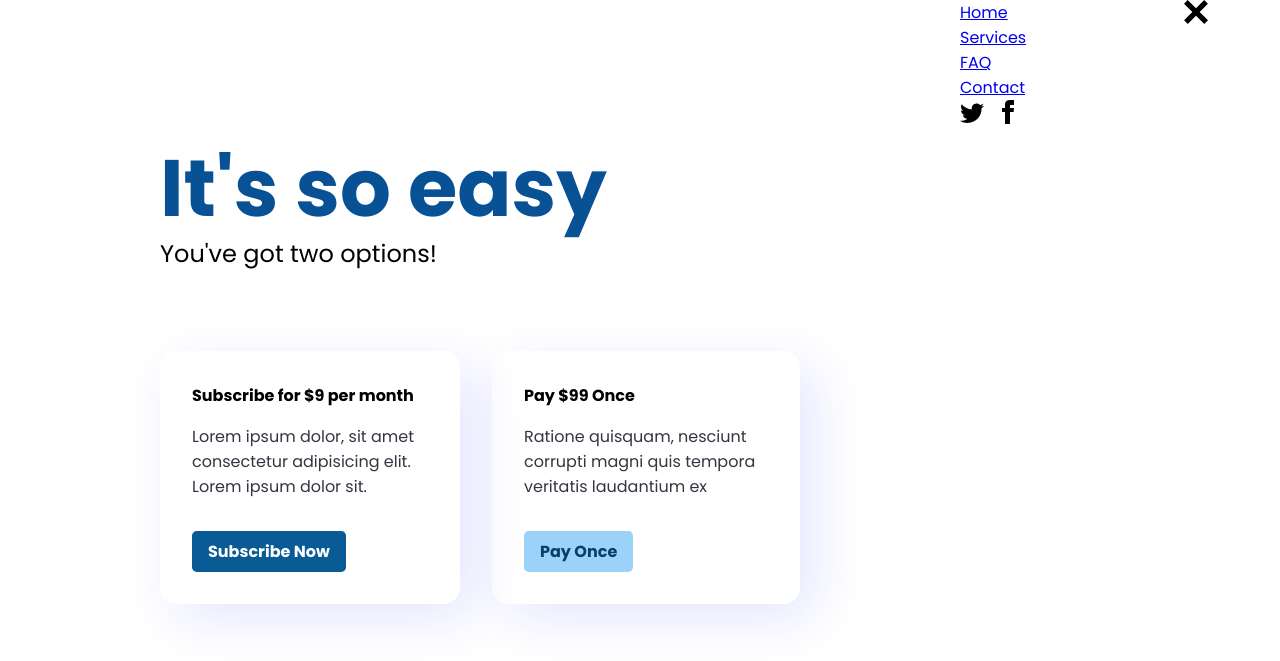
Repository: Hyperion72R/Animated-Navigation
Page: index.html
These files come from the project's save history. The page is drawn as it stood at one moment and after a run of saves; the edit follows.
The browser window is 1280 px wide. The pictures show the whole page.
The style sheet was rebuilt from its Sass, Less or Tailwind sources for each picture, by a compiler version that may differ from the author's.

Above is the page before, as saved 2021-09-02 16:49:36.

After the next 5 saves:
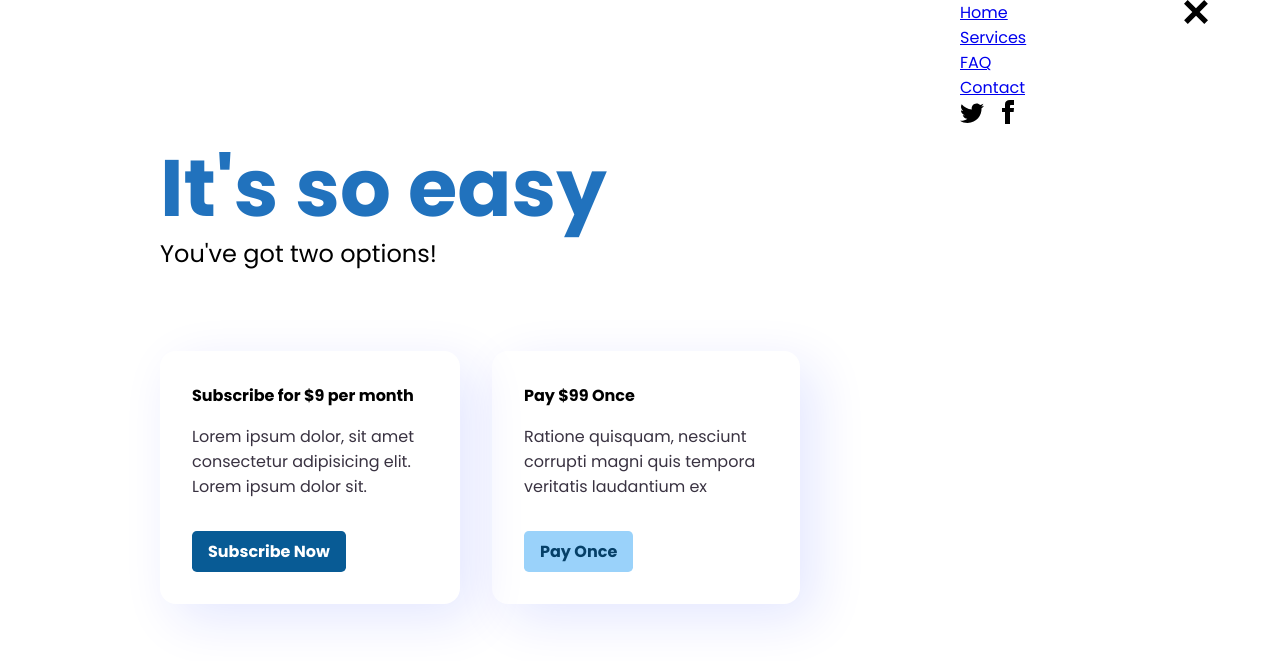
The 5 saves are shown as one change because they came seconds apart.
The last was saved 12 s later.
--- a/css/main.scss
+++ b/css/main.scss
@@ -122,7 +122,7 @@ h1 {
 }
 
 h2 {
-  color: #085195;
+  color: #2172bd;
   font-size: 5rem;
   margin: 0;
 }
